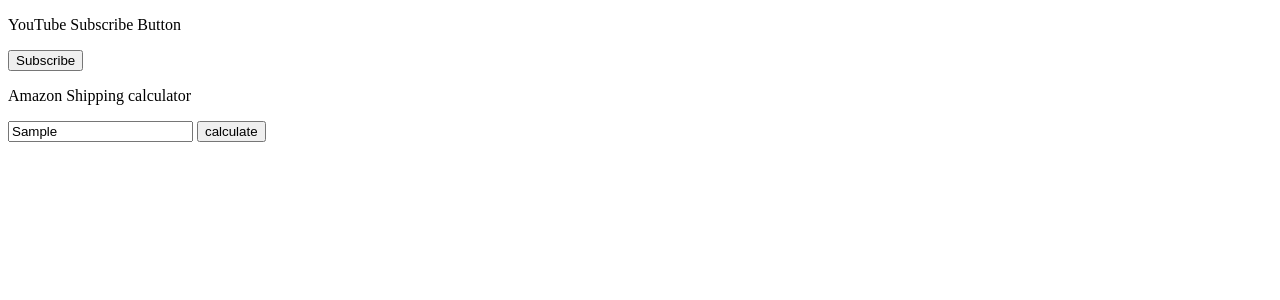
Repository: Samkiroko/Javascript-course
Page: 09-d0m-project.html
The author's editor kept a copy of each file at every save. The page is drawn from the files as they stood at one save, then again after the next save.
The browser window is 1280 px wide. The pictures show the whole page.
Empty fields were first filled with sample values (such as "Sample", 5 or name@example.com).
After loading, the first visible `button[onclick="calculateTotal()"]` was clicked once.

Above is the page before, as saved 2023-08-25 19:49:20.
Console error: ReferenceError: total is not defined

### 09-d0m-project.html
<!DOCTYPE html>
<html lang="en">
  <head>
    <meta charset="UTF-8" />
    <meta name="viewport" content="width=device-width, initial-scale=1.0" />
    <title>Dom Project</title>
  </head>
  <body>
    <div>
      <p>YouTube Subscribe Button</p>
      <button onclick="subscribe()" class="js-subscribe">Subscribe</button>
      <p>Amazon Shipping calculator</p>
      <input type="text" class="js-cost-input" placeholder="Cost of order" />
      <button onclick="calculateTotal()">calculate</button>
      <p class="js-total-cost"></p>
    </div>
    <script>
      function calculateTotal() {
        const inputElement = document.querySelector('.js-cost-input');
        let cost = inputElement.value;

        if (cost < 40) {
          cost = cost + 10;
        }

        const totalElement = document.querySelector('.js-total-cost');
        totalElement.innerText = total;
      }

      function subscribe() {
        const buttonElement = document.querySelector('.js-subscribe');

        if (buttonElement.innerText === 'subscribe') {
          buttonElement.innerText = 'subscribed';
        } else {
          buttonElement.innerText = 'subscribe';
        }
      }
    </script>
  </body>
</html>

After the next save:
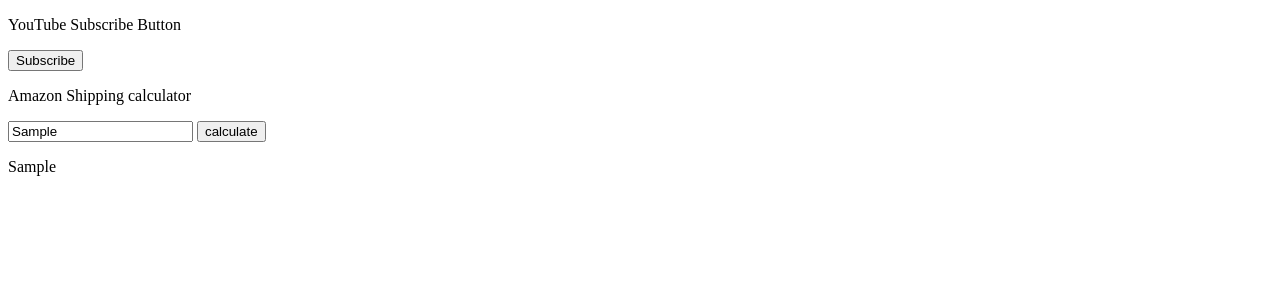
The error is gone.
Saved 13 s later.
--- a/09-d0m-project.html
+++ b/09-d0m-project.html
@@ -24,7 +24,7 @@
         }
 
         const totalElement = document.querySelector('.js-total-cost');
-        totalElement.innerText = total;
+        totalElement.innerText = cost;
       }
 
       function subscribe() {
